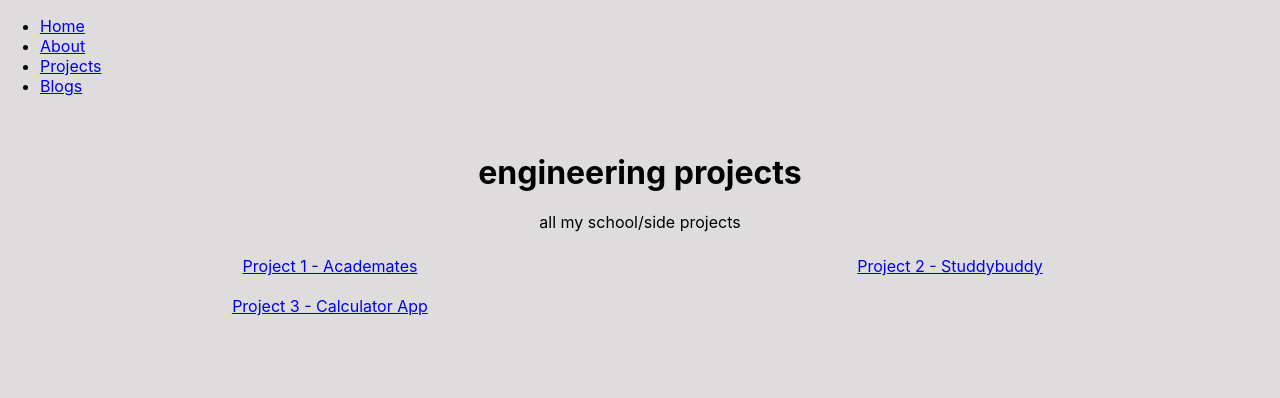
Repository: nicholaschen09/personalWebsite
Page: /projects/engineering
These files come from the project's save history. The page is drawn as it stood at one moment and after the next save; the edit follows.
The browser window is 1280 px wide. The pictures show the whole page.
The project was rebuilt for these pictures with package versions that can differ from the ones it lists, and the page was loaded fresh each time. Also part of the build but not shown: src/components/About.css, src/components/About.js, src/components/Home.js, src/components/Projects.css, src/components/Projects.js, src/components/Blog.css, src/components/Blog.js, src/components/Miscellaneous.css and 3 more.

Above is the page before, as saved 2024-08-10 08:50:17.

### src/App.js
import React from 'react';
import { BrowserRouter as Router, Route, Routes, Link } from 'react-router-dom';
import About from './components/About.js';
import Home from './components/Home.js';
import Projects from './components/Projects.js';
import Blog from './components/Blog.js';
import Miscellaneous from './components/Miscellaneous.js';
import Design from './components/Design.js';
import Engineering from './components/Engineering.js';

function App() {
  return (
    <Router>
      <div>
        <nav>
          <ul>
            <li>
              <Link to="/">Home</Link>
            </li>
            <li>
              <Link to="/about">About</Link>
            </li>
            <li>
              <Link to="/projects">Projects</Link>
            </li>
            <li>
              <Link to="/blogs">Blogs</Link>
            </li>
          </ul>
        </nav>

        <Routes>
          <Route path="/about" element={<About />} />
          <Route path="/" element={<Home />} />
          <Route path="/projects" element={<Projects />} />
          <Route path="/blogs" element={<Blog />} />
          <Route path="/projects/miscellaneous" element={<Miscellaneous />} />
          <Route path="/projects/design" element={<Design />} />
          <Route path="/projects/engineering" element={<Engineering />} />
        </Routes>
      </div>
    </Router>
  );
}

export default App;

### src/components/Engineering.js
import React from 'react';
import './Engineering.css'; // Ensure you have this CSS file in your project

const Engineering = () => {
    return (
        <div className="engineering">
            <h1>engineering projects</h1>
            <p>all my school/side projects</p>
            <div className="projects-container">
                <a href="/project1" className="project">Project 1 - Academates</a>
                <a href="/project2" className="project">Project 2 - Studdybuddy</a>
                <a href="/project3" className="project">Project 3 - Calculator App</a>
                {/* Add more projects as needed */}
            </div>
        </div>
    );
};

export default Engineering;

### src/components/Home.css
/* src/components/Home/Home.css */
.home {
    text-align: center;
    padding: 100px;
    width: 700px;
    margin-left: auto;
    margin-right: auto;
}

body {
    background-color: rgb(222, 220, 220);
}

.DinnerImage {
    width: 70%;
    height: 70%;
    margin-left: auto;
    margin-right: auto;
    display: block;
}
p {
    line-height: 1;
}

### src/components/Engineering.css
.engineering {
    text-align: center;
    padding: 20px;
}

.projects-container {
    display: flex;
    justify-content: space-between;
    flex-wrap: wrap;
}

.project {
    width: calc(50% - 20px);
    margin: 10px;

}

Loaded but not shown: public/index.html (common file); src/index.js (common file); src/index.css (common file); src/reportWebVitals.js (common file)

After the next save:
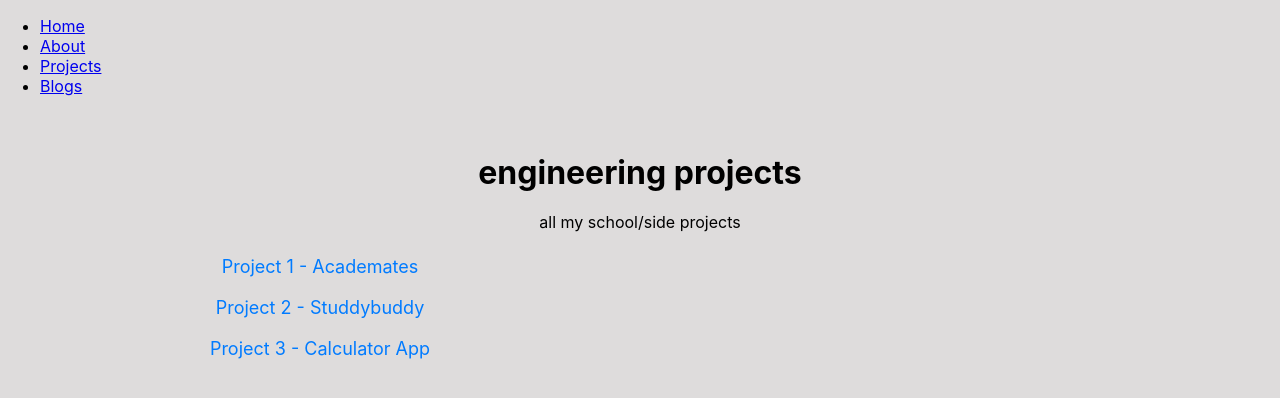
Saved 79 s later.
--- a/src/components/Engineering.css
+++ b/src/components/Engineering.css
@@ -14,3 +14,20 @@
     margin: 10px;
 
 }
+.projects-container {
+    display: flex;
+    flex-direction: column; /* Aligns projects in a single column */
+    align-items: start; /* Aligns projects to the start of the container */
+    padding: 0;
+}
+
+.project {
+    margin: 10px 0; /* Adds vertical spacing between projects */
+    color: #007bff; /* Example link color, adjust as needed */
+    text-decoration: none; /* Removes underline from links */
+    font-size: 18px; /* Adjust font size as needed */
+}
+
+.project:hover {
+    text-decoration: underline; /* Adds underline on hover for visual feedback */
+}
